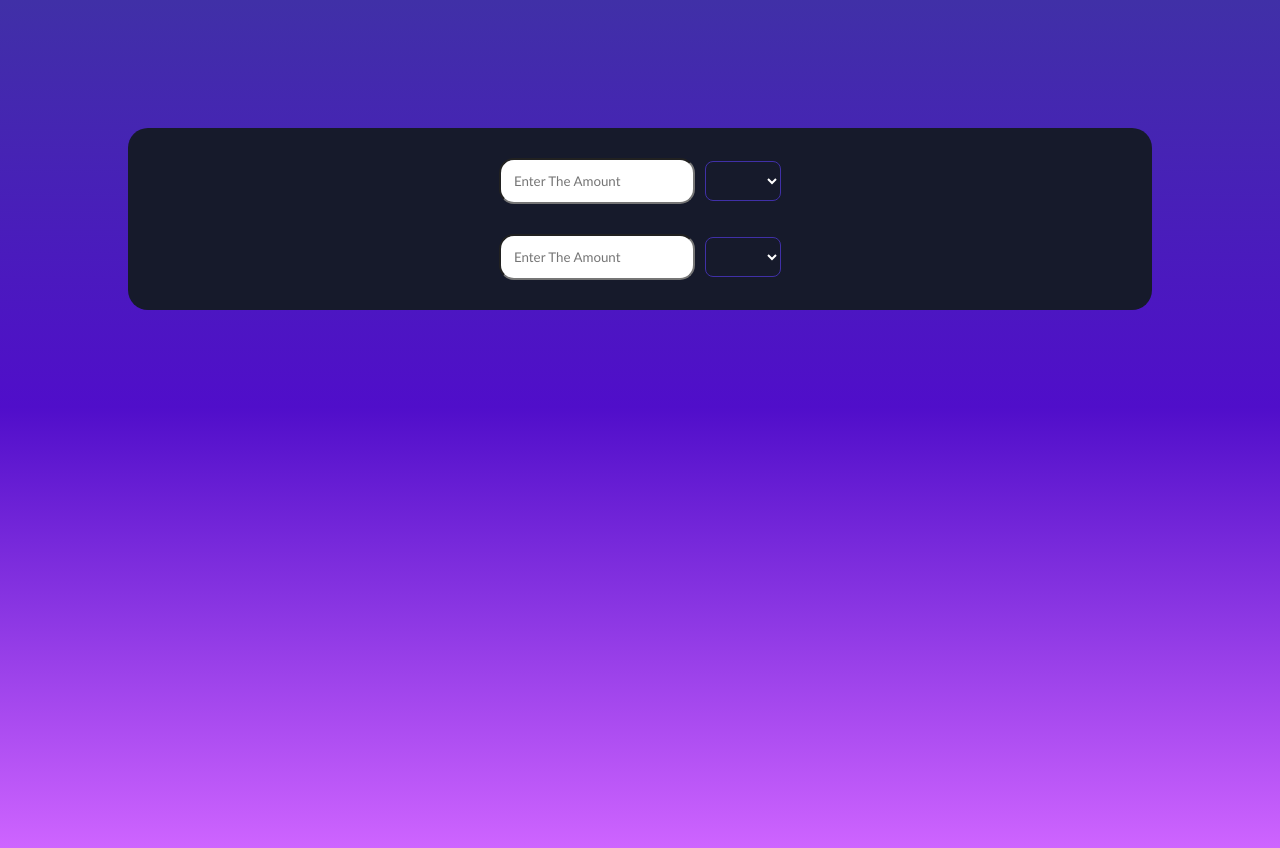
Repository: KamalEssam/currency-converter-react-app
Page: /
The author's editor kept a copy of each file at every save. The page is drawn from the files as they stood at one save, then again after the next save.
The browser window is 1280 px wide. The pictures show the whole page.
The page's requests for data from a server got no answer. The project was rebuilt for these pictures with package versions that can differ from the ones it lists, and the page was loaded fresh each time. No one was signed in, and anything a server would have sent is missing.

Above is the page before, as saved 2021-12-22 07:26:36.

After the next save:
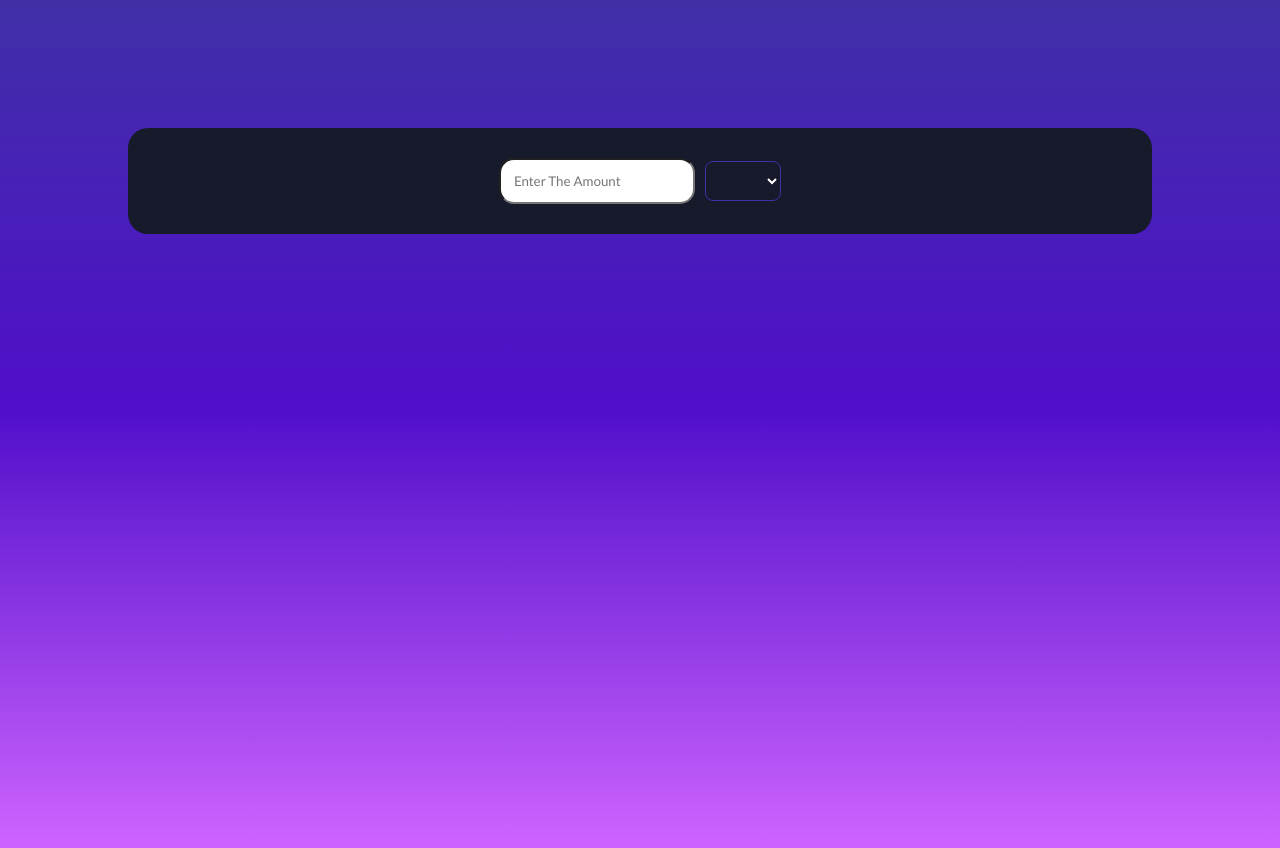
Saved 111 s later.
--- a/src/Components/CurrencyForm.js
+++ b/src/Components/CurrencyForm.js
@@ -67,17 +67,7 @@ export default function CurrencyForm(props) {
                         </select>
                     </div>
                 </div>
-                <div className='currency-form-group'>
-                    <input className='sec-currency' value={props.secAmount} onChange={ev => props.onSecAmountChange(ev.target.value)}  placeholder='Enter The Amount' />
-                    <select className='select-sec-currency' value={props.frCurrency} onChange={ev => props.onFrCurrencyChange(ev.target.value)}  >
-                        {props.currencies.map(currency => {
-                            return (
-                                <option key={currency} value={currency}> {currency} </option>
-                            );
-                        })}
-                        {/* <option key={Math.floor(Math.random()*1000000)} value={currency}> currency </option> */}
-                    </select>
-                </div>
+
             </form>
         </div>
     )
